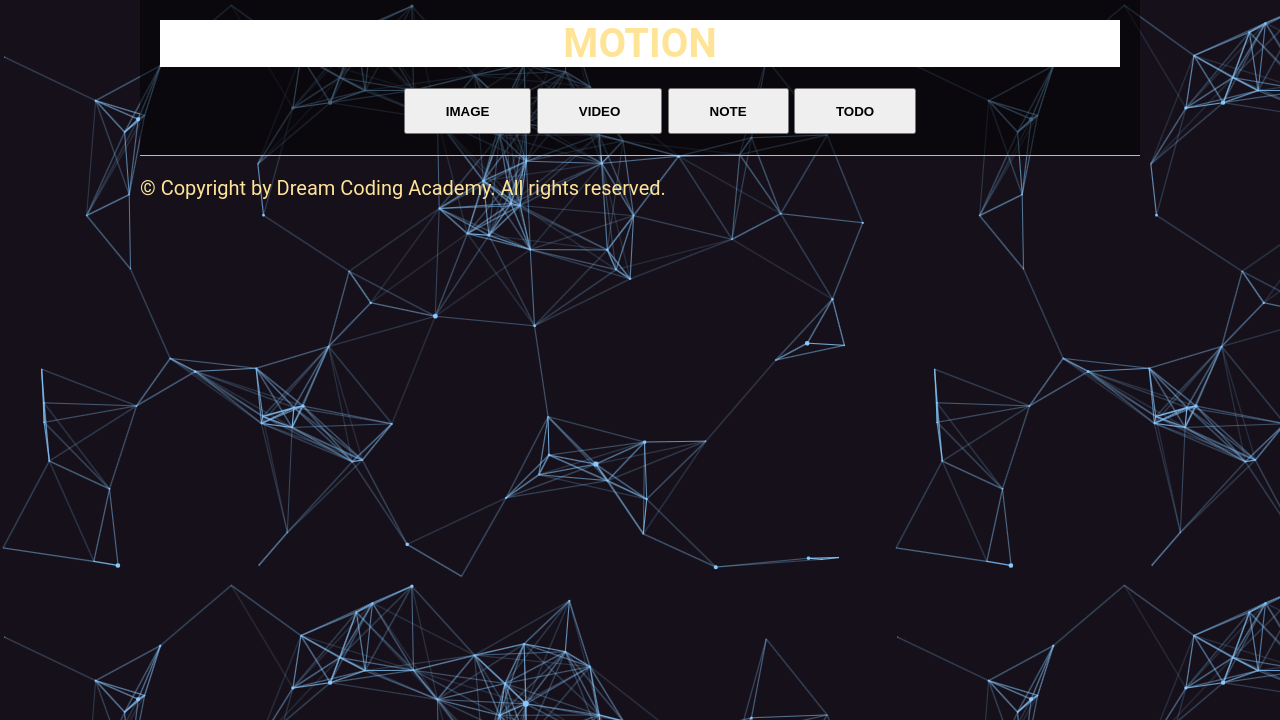
Repository: chefkuna/Motion
Page: index.html
An editor plug-in stored every save of this project. The page is shown before and after the next save, followed by the edit.
The browser window is 1280 px wide. The pictures show the whole page.

Above is the page before, as saved 2022-08-21 14:45:42.

### index.html
<!DOCTYPE html>
<html lang="en">
<head>
  <meta charset="UTF-8">
  <meta http-equiv="X-UA-Compatible" content="IE=edge">
  <meta name="viewport" content="width=device-width, initial-scale=1.0">
  <title>Motion</title>
  <link rel="stylesheet" href="./style/style.css">
  <script src='./dist/app.js' defer></script>
</head>
<body>
  <div class="app">
    <header class='banner'>
      <h1 class="banner__title">MOTION</h1>
      <ul class="control-panel">
        <li><button id='new-image' class="create-button">Image</button></li>
        <li><button id='new-video' class="create-button">Video</button></li>
        <li><button id='new-note' class="create-button">Note</button></li>
        <li><button id='new-todo' class="create-button">Todo</button></li>
      </ul>
    </header>
    <main class='document'></main>
    <footer class="footer">
      <p>© Copyright by Dream Coding Academy. All rights reserved.</p>
    </footer>
  </div>

</body>
</html>

### style/style.css
:root {
  --bg-main-color: #00000080;
  --bg-accent-color: #89c9ff;
  --accent-color: #1b98ff;
  --text-accent-color: #ffe498;
  --text-edit-bg-color: #575757;
  --border-color: #3f3f3f;
  --shadow-color: #202020;
  --document-bg-color: #68686850;
  --component-bg-gradient: radial-gradient(circle, #646464e6 0%, #363636e6 100%);
  --smokywhite: #dddbd8;
  --black: #000000;
  --translucent-black: #00000099;
}



li {
  list-style: none;
  padding-left: 0;
}

p {
  color: var(--text-accent-color);
}

body {
  background: url('../assets/background.png');
  font-family: Roboto, Oxygen, sans-serif;
  display: flex;
  justify-content: center;
  height: 100vh;
  overflow: auto;
  font-size: 1.25rem;
  margin: 0;
}

.app {
  width: 100%;
  max-width: 1000px;
  height: 100%;
  display: flex;
  flex-direction: column;
}

.banner {
  background-color: var(--bg-main-color);
  border-bottom: 1px solid var(--bg-accent-color);
  text-align: center;
}

.banner__title {
  background-color: #fff;
  color: var(--text-accent-color);
  margin: 20px;
  text-align: center;
}

.control-panel {
  display: flex;
  align-items: center;
  justify-content: center;
}

.create-button {
  margin: 0.1em 0.2em;
  text-align: center;
  user-select: none;
  padding: 1em 3em;
  text-transform: uppercase;
  font-weight: 600;
}

Loaded but not shown: dist/app.js (no copy from this time; the picture is the same without it)

After the next save:
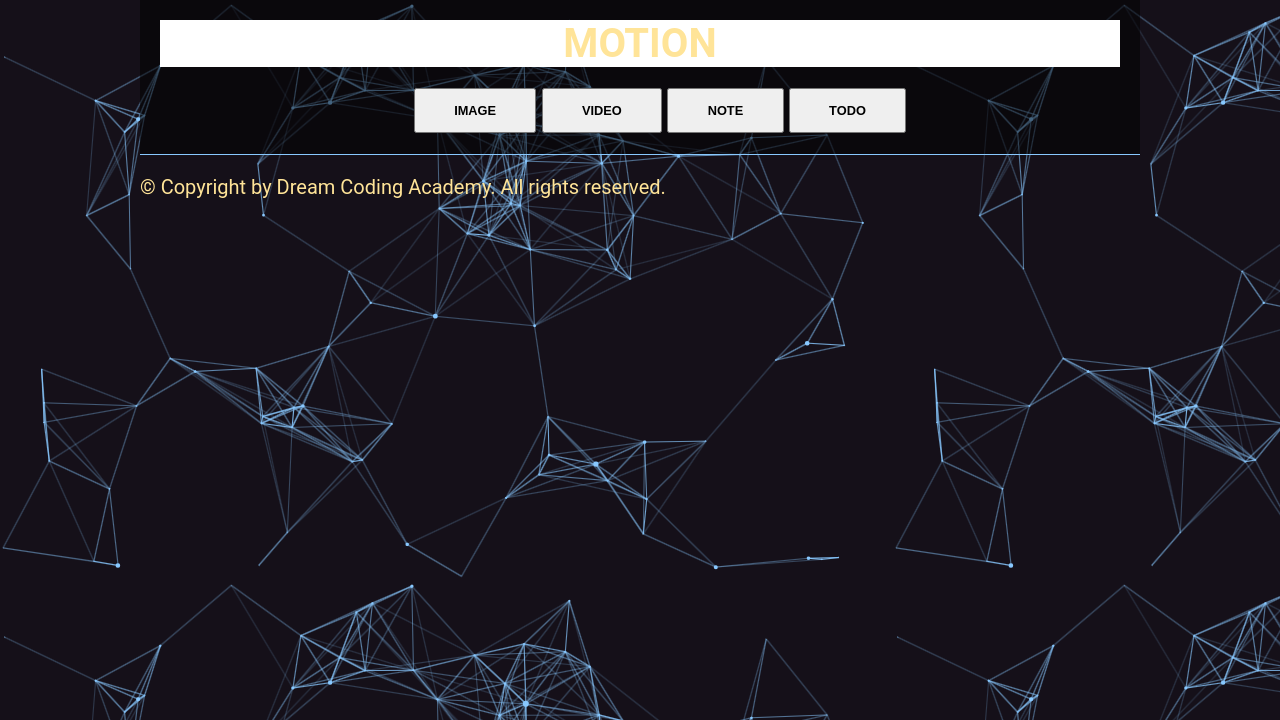
Saved 6 s later.
--- a/style/style.css
+++ b/style/style.css
@@ -69,4 +69,5 @@ body {
   padding: 1em 3em;
   text-transform: uppercase;
   font-weight: 600;
+  font-size: 0.8rem;
 }
